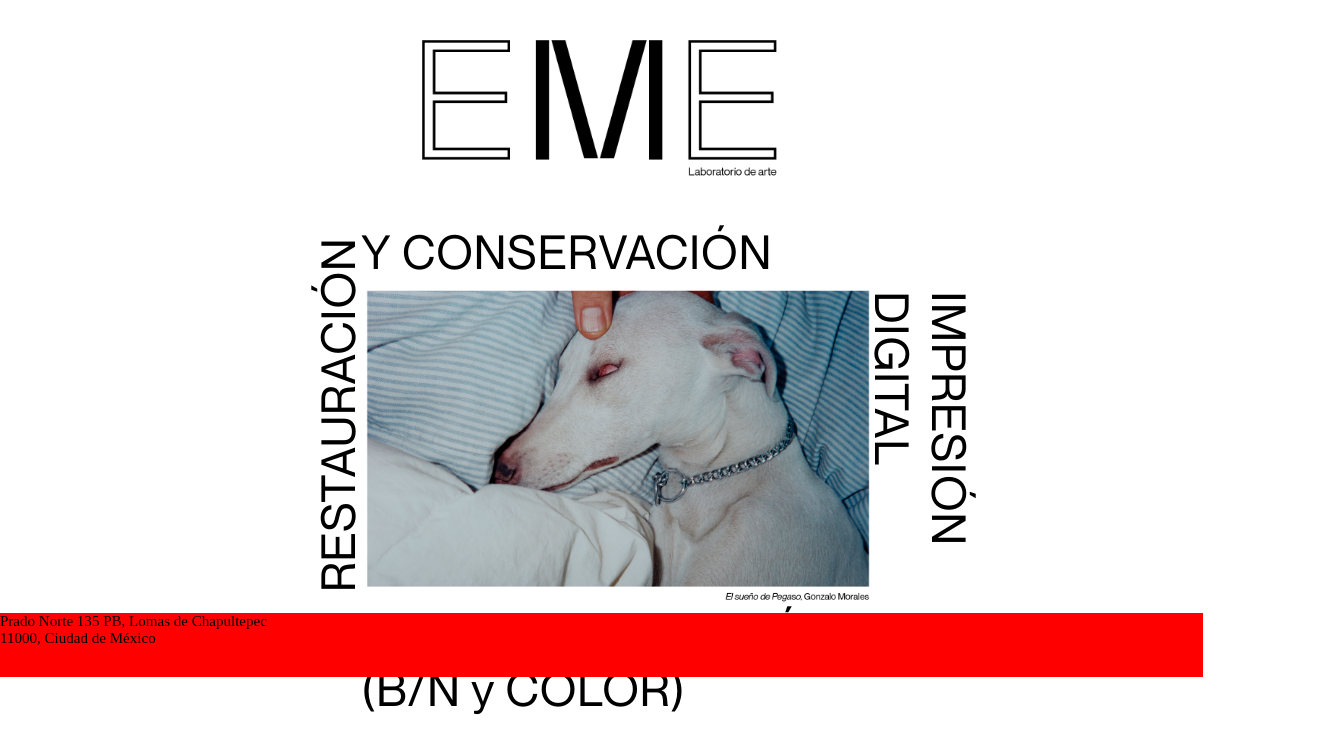
Repository: Manuelujano/eme-lab
Page: /
The author's editor kept a copy of each file at every save. The page is drawn from the files as they stood at one save, then again after the next save.
The browser window is 1280 px wide. The page is 1280 px wide, then 1425 px, then 1280 px, so the pictures cover 1425 px, including what lies to the right of the window. The pictures show the whole page, at 94% of full size.
Some web fonts or font styles are not loaded; a fallback is used. The project was rebuilt for these pictures with package versions that can differ from the ones it lists, and the page was loaded fresh each time. Also part of the build but not shown: src/components/Motion.js, src/components/Prueba.js, src/components/Digital.js, src/components/Trail.js, src/components/Restauracion.js, src/components/Revelado.js.

Above is the page before, as saved 2020-10-27 23:46:44.

### public/index.html
<!DOCTYPE html>
<html lang="en">
  <head>
    <meta charset="utf-8" />
    <link rel="icon" href="%PUBLIC_URL%/favicon.ico" />
    <meta name="viewport" content="width=device-width, initial-scale=1" />
    <meta name="theme-color" content="#000000" />
    <link href="//db.onlinewebfonts.com/c/7980cc1889b6b0b264dc47cca659f7c2?family=Neue+Montreal" rel="stylesheet" type="text/css"/>
    <meta
      name="description"
      content="Web site created using create-react-app"
    />
    <link rel="apple-touch-icon" href="%PUBLIC_URL%/logo192.png" />
    <!--
      manifest.json provides metadata used when your web app is installed on a
      user's mobile device or desktop. See https://developers.google.com/web/fundamentals/web-app-manifest/
    -->
    <link rel="manifest" href="%PUBLIC_URL%/manifest.json" />
    <!--
      Notice the use of %PUBLIC_URL% in the tags above.
      It will be replaced with the URL of the `public` folder during the build.
      Only files inside the `public` folder can be referenced from the HTML.

      Unlike "/favicon.ico" or "favicon.ico", "%PUBLIC_URL%/favicon.ico" will
      work correctly both with client-side routing and a non-root public URL.
      Learn how to configure a non-root public URL by running `npm run build`.
    -->
    <title>EME-Lab</title>
  </head>
  <body>
    <noscript>You need to enable JavaScript to run this app.</noscript>
    <div id="root"></div>
    <!--
      This HTML file is a template.
      If you open it directly in the browser, you will see an empty page.

      You can add webfonts, meta tags, or analytics to this file.
      The build step will place the bundled scripts into the <body> tag.

      To begin the development, run `npm start` or `yarn start`.
      To create a production bundle, use `npm run build` or `yarn build`.
    -->
  </body>
</html>

### src/index.js
import React from 'react';
import ReactDOM from 'react-dom';
import { BrowserRouter } from 'react-router-dom';
import './index.css';
import App from './App';


ReactDOM.render(
  <BrowserRouter>
    <App />
  </BrowserRouter>,
  document.getElementById('root')
);

### src/index.css
body {
  margin: 0;
  font-family: "Neue Montreal";
  -webkit-font-smoothing: antialiased;
  -moz-osx-font-smoothing: grayscale;
}
@font-face {
  font-family: 'Montreal';
  src: url(font/NeueMontreal-Regular.woff);
  font-style: normal;
  font-weight: 100;

}
@font-face {
  font-family: 'Montreal';
  src: url(font/NeueMontreal-RegularItalic.woff);
  font-style: italic;
  font-weight: 100;
}

.trails-main {
  position: relative;
  width: 100%;
  height: 100%;
  overflow: hidden;
  cursor: pointer;
  display: flex;
  justify-content: center;
  align-items: center;
  transform: rotate(90deg);
}

.trails-text {
  position: relative;
  width: 100%;
  height: 70px;
  line-height:70px;
  color: black;
  font-size: 4em;
  font-weight: 100;
  text-transform: uppercase;
  will-change: transform, opacity;
  overflow: hidden;
}

.trails-text > div {
  overflow: hidden;
}
code {
  font-family: source-code-pro, Menlo, Monaco, Consolas, 'Courier New',
    monospace;
}

.logo {
  display: block;
  margin: auto;
  width: 400px;
  padding-top: 2rem;
}
.flex-container {
    display: flex;
    flex-direction: column;

}
.link {
  text-decoration: none;
  color: black;
}
.link:hover{
  font-style: italic;
}
.pegaso {
  position: absolute;
  top: 300px;
  width: 600px;
  left: 650px;

}

.titulos {
  font-size: 55px;
  font-family: 'Montreal';
  font-weight: 100;
  letter-spacing: 1px;
}
.tituloin{
  font-size: 45px;
  font-family: 'Montreal';
  font-style: italic;
  font-weight: 100;

}
.textos {
  font-size: 30px;
  font-family: 'Montreal';
  font-weight: 100;
}
.container{
  text-align: right;
}
.boton{
  padding-right: 100%;
}

.contdig {
  position: absolute;
  top: 360px;
  left: 1175px;
  width: 300px;
  height: 200px;


  transform: rotate(90deg);
}
.cons {
  position: absolute;
  left: 650px;
  top: 190px;

}
.res {
  position: absolute;
  top: 380px;
  left: 410px;
  transform: rotate(270deg);
}
.rev {
  position: absolute;
  top: 630px;
  left: 650px;
}
.footer {
  position: fixed;
  left: 0;
  bottom: 0;
  width: 100%;
  background-color: red;
  color: white;
  padding-bottom: 2rem;
}
.direc{
    text-align: left;
}
a {
  text-decoration: none;
  color: black;
}
@media screen and (min-width: 780px) and (max-width: 1440px) {
  .logo {
    display: block;
    margin: auto;
    width: 400px;
    padding-top: 2rem;
  }
  .pegaso {
    position: absolute;
    top: 300px;
    width: 550px;
    left: 30%;

  }
  .titulos {
    font-size: 50px;
    font-family: 'Montreal';
    font-weight: 100;
    letter-spacing: 1px;
  }
  .contdig {
    position: absolute;
    top: 360px;
    left: 65%;
    transform: rotate(90deg);
  }
  .cons {
    position: absolute;
    left: 30%;
    top: 195px;

  }
  .res {
    position: absolute;
    top: 200px;
    left: 0;
    right: 44%;
    transform: rotate(270deg);
  }
  .rev {
    position: absolute;
    top: 600px;
    left: 30%;
  }
  .tituloin{
    font-size: 45px;
    font-family: 'Montreal';
    font-style: italic;
    font-weight: 100;

  }
  .textos {
    font-size: 30px;
    font-family: 'Montreal';
    font-weight: 100;
  }
}

@media screen and (min-width: 480px) and (max-width: 780px) {
  .logo {
    display: block;
    margin: auto;
    width: 300px;
    padding-top: 2rem;
  }
  .pegaso {
    position: absolute;
    top: 350px;
    width: 420px;
    left: 20%;

  }
  .titulos {
    font-size: 35px;
    font-family: 'Montreal';
    font-weight: 100;
    letter-spacing: 1.5px;
  }
  .contdig {
    position: absolute;
    top: 410px;
    left: 56%;
    transform: rotate(90deg);
  }
  .cons {
    position: absolute;
    left: 20%;
    top: 285px;

  }
  .res {
    position: absolute;
    top: 415px;
    left: 0;
    right: 65%;
    transform: rotate(270deg);
  }
  .rev {
    position: absolute;
    top: 590px;
    left: 20%;
  }
  .tituloin{
    font-size: 35px;
    font-family: 'Montreal';
    font-style: italic;
    font-weight: 100;

  }
  .textos {
    font-size: 20px;
    font-family: 'Montreal';
    font-weight: 100;
  }
}
@media screen and (min-width: 300px) and (max-width: 480px) {
  .logo {
    display: block;
    margin: auto;
    width: 200px;
    padding-top: 2rem;
  }
  .pegaso {
    position: absolute;
    top: 250px;
    width: 250px;
    left: 15%;

  }
  .titulos {
    font-size: 20px;
    font-family: 'Montreal';
    font-weight: 100;

  }
  .contdig {
    position: absolute;
    top: 305px;
    left: 32%;
    transform: rotate(90deg);
  }
  .cons {
    position: absolute;
    left: 15%;
    top: 210px;

  }
  .res {
    position: absolute;
    top: 320px;
    left: 0;
    right: 76%;
    transform: rotate(270deg);
  }
  .rev {
    position: absolute;
    top: 390px;
    left: 15%;
  }
  .tituloin{
    font-size: 20px;
    font-family: 'Montreal';
    font-style: italic;
    font-weight: 100;

  }
  .textos {
    font-size: 12px;
    font-family: 'Montreal';
    font-weight: 100;
  }
}

### src/App.js
import React from 'react';
import Header from './components/Header';
import Motion from './components/Motion';
import Pegaso from './components/Pegaso';
import { AnimatePresence } from 'framer-motion';
import { BrowserRouter as Router, Switch, Route, useLocation } from 'react-router-dom';

import Prueba from './components/Prueba';

import Digital from './components/Digital';
import Trail from './components/Trail';
import Restauracion from './components/Restauracion';
import Revelado from './components/Revelado';
import Footer from './components/Footer';




function App() {

  return (
  <Router>
    <Header/>


      <Switch>
      <Route exact path='/' render={()=> <Pegaso/>}/>
      <Route path='/digital' render={()=> <Digital/>}/>
      <Route path='/restauracion' render={()=> <Restauracion/>}/>
      <Route path='/revelado' render={()=> <Revelado/>}/>
      </Switch>


    <Footer/>
  </Router>
  );
}

export default App;

### src/components/Header.js
import React from 'react';

import { Link } from 'react-router-dom';

import logoblanco from '../img/logoblanco.png';


const Header = () => {
    return (
        <header>


            <Link to='/'>
            <img  className="logo" src={logoblanco}/>
            </Link>

        </header>
    )
}

export default Header

### src/components/Pegaso.js
import React from 'react'
import pegaso from '../img/pegaso.png';
import { motion } from 'framer-motion';
import { Link } from 'react-router-dom';


const variants = {
    hidden: { opacity: 0 },
    visible: { opacity: 1 },
  }


const Pegaso = () => {
    return (
        <div className="flex-container">
            <motion.div className="cons">
            <Link to="/restauracion" className="link">
                <h2 className="titulos">
                    Y CONSERVACIÓN
                </h2>
                </Link>

            </motion.div>
            <div className="res">

                <Link to="/restauracion" className="link">
                <h2 className="titulos">
                    RESTAURACIÓN
                </h2>
                </Link>


            </div>
            <div>
             <motion.img
             className="pegaso"
             src={pegaso}
             whileHover={{ scale: 1.02 }}
            />
            </div>
            <div className="contdig">
                <Link to="/digital" className="link">
                <h2 className="titulos">
                    IMPRESIÓN <br/> DIGITAL
                </h2>
                </Link>
            </div>
            <div className="rev">
            <Link to="/revelado" className="link">
                <h2 className="titulos">
                    REVELADO DE PELÍCULA<br/>
                    (B/N y COLOR)
                </h2>
            </Link>
            </div>

            <div className="tabla">


            </div>

        </div>




    )
}

export default Pegaso

### src/components/Footer.js
import React from 'react';

import { Link } from 'react-router-dom';




const Footer = () => {
    return (
        <footer className="footer">
        <div className="direc">
            <a href="https://www.youtube.com/" target="_blank">Prado Norte 135 PB, Lomas de Chapultepec<br/> 11000, Ciudad de México</a>
        </div>

        </footer>
    )
}

export default Footer

After the next save:
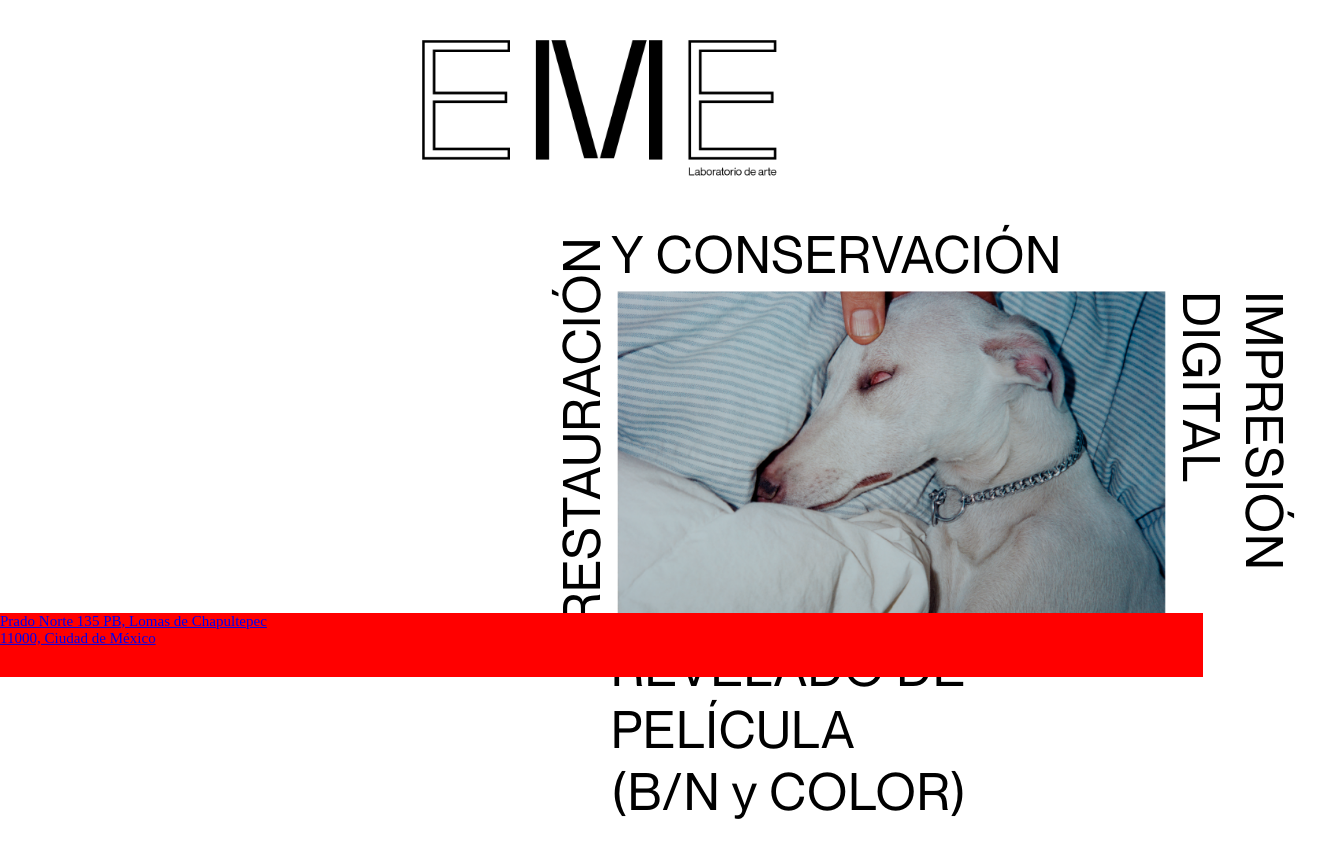
Saved 6 s later.
--- a/src/index.css
+++ b/src/index.css
@@ -137,10 +137,11 @@
   background-color: red;
   color: white;
   padding-bottom: 2rem;
+  text-align: left;
+}
 }
 .direc{
-    text-align: left;
-}
+
 a {
   text-decoration: none;
   color: black;

After the save that followed:
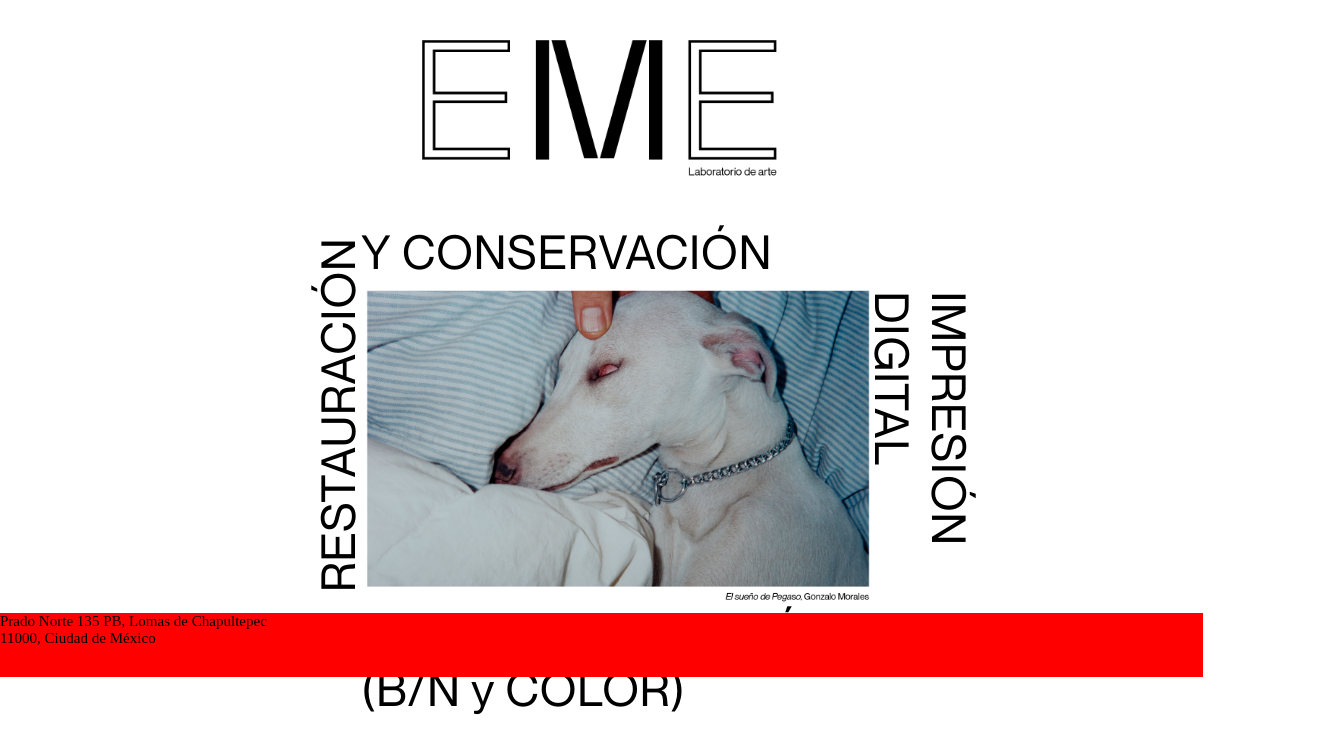
Saved 6 s later.
--- a/src/index.css
+++ b/src/index.css
@@ -141,7 +141,8 @@
 }
 }
 .direc{
-
+    text-align: left;
+}
 a {
   text-decoration: none;
   color: black;
